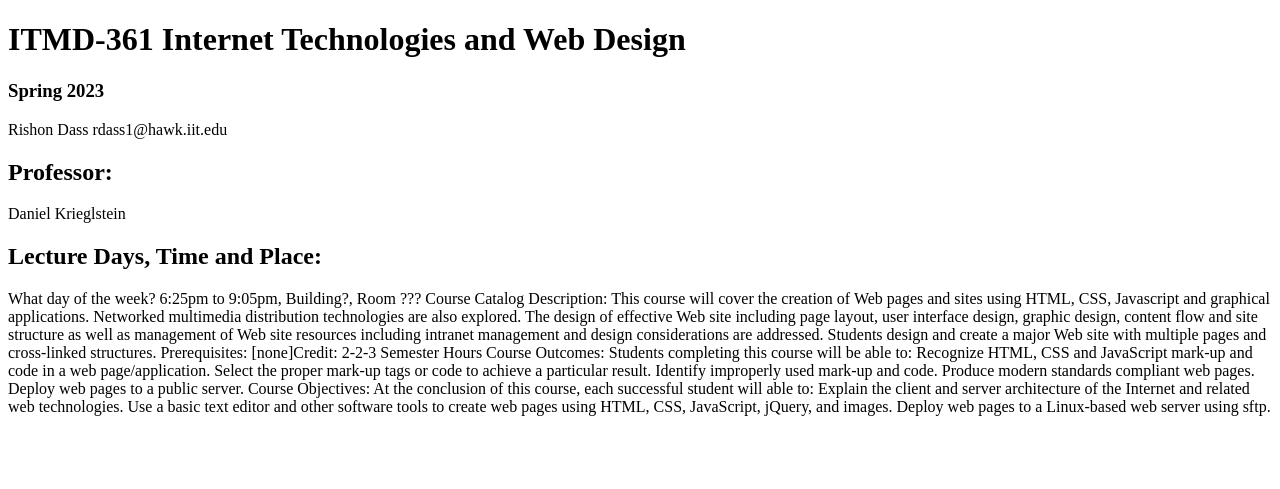
Repository: rishondass/ITMD361-Lab2
Page: lab2raw_text.html
These files come from the project's save history. The page is drawn as it stood at one moment and after a run of saves; the edit follows.
The browser window is 1280 px wide. The pictures show the whole page.

Above is the page before, as saved 2023-01-13 14:06:00.

After the next 3 saves:
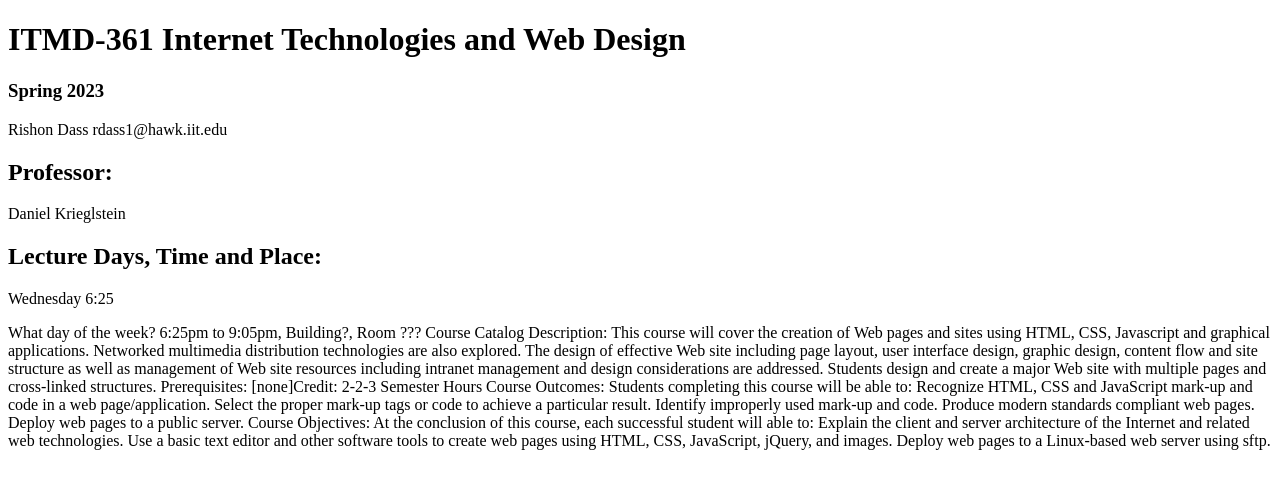
The 3 saves are shown as one change because they came seconds apart.
The last was saved 58 s later.
--- a/lab2raw_text.html
+++ b/lab2raw_text.html
@@ -26,7 +26,7 @@
         Lecture Days, Time and Place:
     </h2>
     <p>
-
+        Wednesday 6:25
     </p>
 </body>
 </html>
